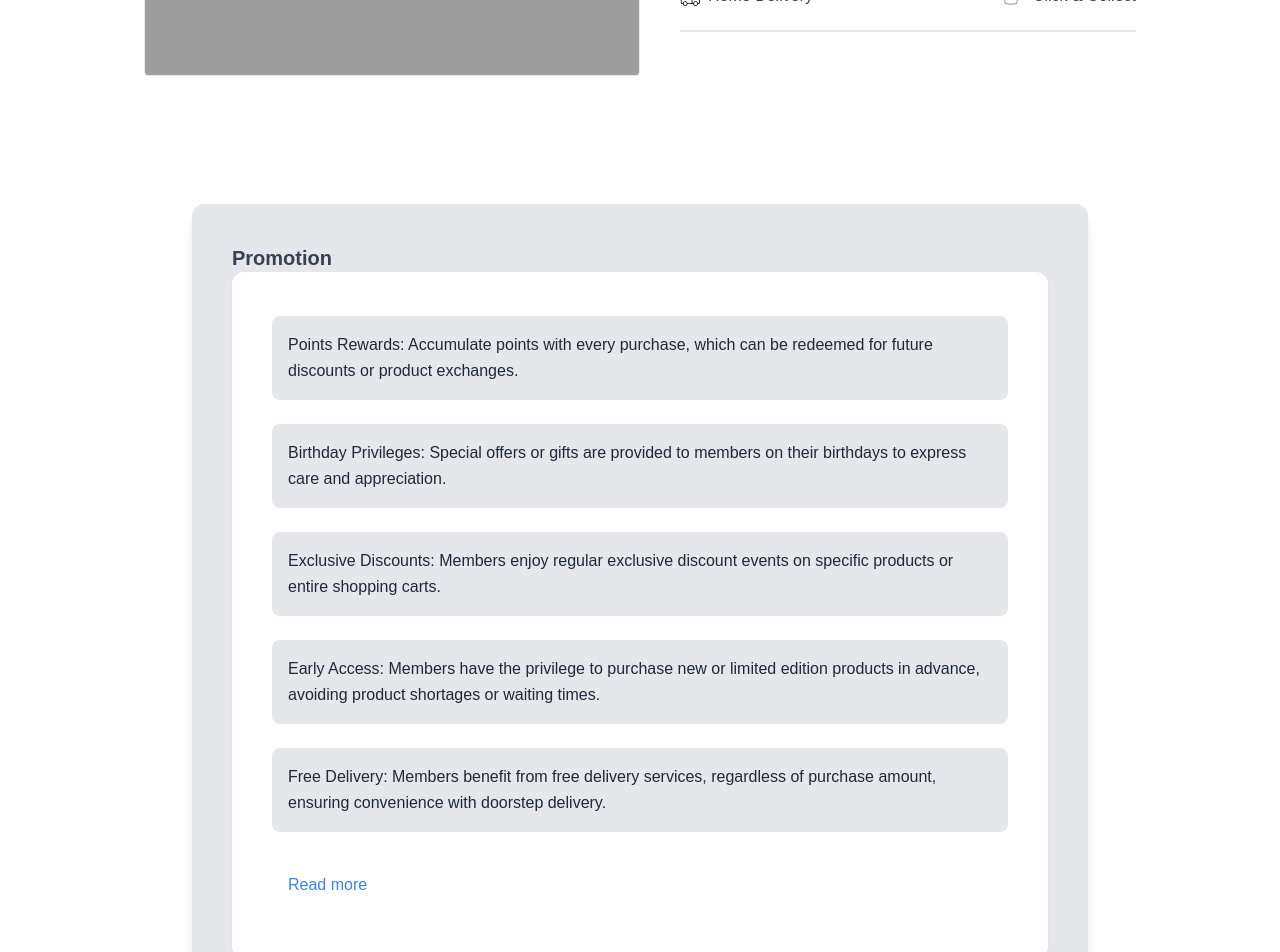
Repository: Harris132451/Final-Project-eShop
Page: /products/0.6MM THINLY WRAPPED PORK DUMPLING
An editor plug-in stored every save of this project. The page is shown before and after the next save, followed by the edit.
The browser window is 1280 px wide. The pictures show the part of the page from y = 818 to 1770 px (the page is 2151 px tall before and 2191 px after).
Pictures or frames that could not be fetched are drawn as grey boxes. The page's requests for data from a server got no answer. The project was rebuilt for these pictures with package versions that can differ from the ones it lists, and the page was loaded fresh each time. No one was signed in, and anything a server would have sent is missing. Also part of the build but not shown: src/Page/Component/controlNum.js, src/Page/Component/PCinCart.js, src/Page/Component/SC.js, src/Page/Component/Slider.js, src/Page/Component/Loading/Loader.css, src/Page/Home.js, src/Page/Component/TPinCart.js, src/Page/Checkout.js and 5 more.

Above is the page before, as saved 2024-04-14 23:43:39.

### src/Page/Footer.js
function Footer() {
  return (
    <>
      <div className="bg-blue-600 flex flex-wrap flex-col sm:flex-row justify-center content-center px-4 sm:px-6 lg:px-8 font-medium">
        <div className="my-1 mx-2 ">
          <h2 className="text-xl font-bold">Company</h2>
          <p>About us</p>
          <p>Return Policy</p>
          <p>Delivery Methods</p>
          <p>FAQ</p>
        </div>
        <div className="my-1 mx-2">
          <h2 className="text-xl font-bold">Contacts</h2>
          <p>📞 12345678</p>
          <p>✉️ test@test.com</p>
        </div>
        <div className="my-1 mx-2">
          <h2 className="text-xl font-bold">Location:</h2>
          <p>
            Unit 03, 7/F, Millennium Trade Centre, <br />
            56 Kwai Cheong Road, Kwai Chung, NT
          </p>
        </div>
        <iframe
          className="mx-4 my-1"
          title="googleMap"
          src="https://www.google.com/maps/embed?pb=!1m18!1m12!1m3!1d1844.869820108395!2d114.13131213825925!3d22.363457675390126!2m3!1f0!2f0!3f0!3m2!1i1024!2i768!4f13.1!3m3!1m2!1s0x3403f899dc5c5b03%3A0xee9460f1d7de935e!2z6JG15raM6JG15piM6LevNTbomZ_osr_mmJPkuYvpg70!5e0!3m2!1szh-TW!2shk!4v1712110406039!5m2!1szh-TW!2shk"
          width="200"
          height="200"
          loading="lazy"
          allowFullScreen=""
          referrerPolicy="no-referrer-when-downgrade"
        ></iframe>
      </div>
    </>
  );
}

export default Footer;

### src/Page/ProductPage.js
import React, { useState, useEffect } from "react";
import { Link, useParams } from 'react-router-dom';
import { item } from './Component/product';
import withLoader from "./Component/withLoader"
import Breadcrumb from "./Component/Breadcrumb"
import deliver from "./deliver-food-svgrepo-com.svg"
import gift from "./gift-svgrepo-com.svg"
import ProductPromotion from "./Component/productPromotion";

const ProductPage = (props) => {
  const [amount, setAmount] = useState(1);
  const { productPage } = useParams();
  const decodedProductPage = decodeURIComponent(productPage);
  const product = item.find((i) => i.name === decodedProductPage);

  if (!product) {
    return <div>Product not found</div>;
  }

  const breadcrumbItems = [
    { text: 'Home', href: '/' },
    { text: product.bigcategories, href: `/${product.bigcategories}` },
    { text: product.smallcategories, href: `/product/${product.smallcategories}` },
    { text: product.name }
  ];

  return (
    <section className="text-gray-700 overflow-hidden bg-white font-[sans-serif]">

      <div className="container px-5 py-24 mx-auto">
      <div className="text-4xl font-extrabold text-gray-800 mb-12">
        <Breadcrumb items={breadcrumbItems} />
      </div>
        <div className="lg:w-4/5 mx-auto flex flex-wrap">
          <img
            alt="ecommerce"
            className="lg:w-1/2 w-full object-cover object-center rounded border border-gray-200"
            src={product.picture}
          />
          <div className="lg:w-1/2 w-full lg:pl-10 lg:py-6 mt-6 lg:mt-0">
            <h2 className="text-sm title-font text-gray-500 tracking-widest">{product.bigcategories}</h2>
            <h1 className="text-gray-900 text-3xl title-font font-medium mb-1">{product.name}</h1>
            <div className="flex mb-4">
              <Link className="text-gray-600 ml-3">4 Reviews</Link>
            </div>
            <p className="leading-relaxed">Fam locavore kickstarter distillery. Mixtape chillwave tumeric sriracha taximy chia microdosing tilde DIY. XOXO fam indxgo juiceramps cornhole raw denim forage brooklyn. Everyday carry +1 seitan poutine tumeric. Gastropub blue bottle austin listicle pour-over, neutra jean shorts keytar banjo tattooed umami cardigan.</p>
            <div className="flex mt-6 items-center pb-5 border-b-2 border-gray-200 mb-5">
              <div className="flex">
                <span className="mr-3">Unit</span>
                <span className="mr-4">{product.unit}</span>
              </div>
            </div>
            <div className="flex mt-6 items-center pb-5 border-b-2 border-gray-200 mb-5">
              <span className="title-font font-medium text-2xl text-gray-900">${product.price}</span>
              <button className="flex ml-auto text-white bg-blue-500 border-0 py-2 px-6 focus:outline-none rounded hover:bg-white hover:text-blue-500 hover:border-blue-500 hover:scale-110 transition duration-300 ease-in-out"
               onClick={() => {
                let newData = { ...props.items };
                let acn = props.Account;
                console.log(newData);
                if (acn) {
                  let PNameArr = [];
                  newData[acn]["Cart"].forEach((c) => {
                    PNameArr.push(c.name);
                  });
                  console.log(PNameArr);
                  if (PNameArr.includes(product.name)) {
                    for (
                      let i = 0;
                      i < newData[acn]["Cart"].length;
                      i++
                    ) {
                      if (newData[acn]["Cart"][i].name === product.name) {
                        newData[acn]["Cart"][i].qty += 1;
                        props.updateCart(newData[acn]["Cart"][i]);
                      }
                    }
                  } else {
                    props.updateCart(product);
                  }
                }
                props.updateIsOpenCart(true);
              }} >Add to cart</button>
            </div>
            <div className="flex items-center justify-between mt-6 pb-5 border-b-2 border-gray-200 mb-5">
              <div className="flex items-center space-x-2">
                <img src={deliver} alt="deliver" className="w-5 h-5"/>
                <span>Home Delivery</span>
              </div>
              <div className="flex items-center space-x-2">
                <img src={gift} alt="gift" className="w-7 h-7"/>
                <span>Click & Collect</span>
              </div>
            </div>

          </div>
        </div>
      </div>

      <div className="flex flex-col items-center justify-center mt-8 space-y-8">
        <div className="container px-10 py-10 mx-auto bg-gray-200 shadow-lg max-w-4xl truncate inline-block rounded-xl">
          <h2 className="text-xl font-semibold ">Promotion</h2>
          <ProductPromotion />
        </div>
        <div className="text-lg font-semibold">Description</div>
        <div className="text-lg font-semibold">Reviews</div>
      </div>

    </section>
  );
};

export default withLoader(ProductPage);

### src/Page/Component/ScrollBtn.js
import React, { useState } from "react";
import { FaArrowCircleUp } from "react-icons/fa";

const ScrollButton = () => {
  const [visible, setVisible] = useState(false);

  const toggleVisible = () => {
    const scrolled = document.documentElement.scrollTop;
    if (scrolled > 300) {
      setVisible(true);
    } else if (scrolled <= 300) {
      setVisible(false);
    }
  };

  const scrollToTop = () => {
    window.scrollTo({
      top: 0,
      behavior: "smooth",
      /* you can also use 'auto' behaviour
		in place of 'smooth' */
    });
  };

  window.addEventListener("scroll", toggleVisible);

  return (
    <button className="fixed  right-8 bottom-4 h-20 text-5xl z-10 cursor-pointer text-blue-300">
      <FaArrowCircleUp
        onClick={scrollToTop}
        style={{ display: visible ? "inline" : "none" }}
      />
    </button>
  );
};

export default ScrollButton;

### src/firebase/firebase.js
// Import the functions you need from the SDKs you need
import { initializeApp } from "firebase/app";
/* import { getAnalytics } from "firebase/analytics"; */
import { getAuth } from "firebase/auth";
// TODO: Add SDKs for Firebase products that you want to use
// https://firebase.google.com/docs/web/setup#available-libraries

// Your web app's Firebase configuration
// For Firebase JS SDK v7.20.0 and later, measurementId is optional

import { getFirestore } from "firebase/firestore";

const firebaseConfig = {
  apiKey: "AIzaSyAlfQxAV01MKSUnffMtmq6bTksAcXSNuSA",
  authDomain: "generation-group-eshop.firebaseapp.com",
  projectId: "generation-group-eshop",
  storageBucket: "generation-group-eshop.appspot.com",
  messagingSenderId: "551318279692",
  appId: "1:551318279692:web:44d464660b5437ef994029",
  measurementId: "G-LWZBK7E1JY",
};

// Initialize Firebase
export const app = initializeApp(firebaseConfig);
/* const analytics = getAnalytics(app); */

// Initialize Firebase Authentication and get a reference to the service
export const auth = getAuth(app);

export const db = getFirestore(app);

### src/Page/Component/Weather.js
function Weather(props) {
  const temperature = props.temperature;
  const weather = props.weather;

  return (
    <>
      <div className="flex mr-6 sm:mr-3">
        <div class="mr-1 mt-0.5 text-xl text-white sm:text-lg sm:mt-0">
          {temperature}°C
        </div>
        <div className="h-8 w-8 sm:h-7 sm:w-7">
          {weather === "normal" && <img src="normal.png" alt="normal" />}
          {weather === "cold" && <img src="cold.png" alt="cold" />}
          {weather === "hot" && <img src="hot.png" alt="hot" />}
        </div>
      </div>
    </>
  );
}

export default Weather;

### src/Page/Component/input.js
import { useEffect, useState, useRef } from "react";
import { item } from "./product.js";

function NameButton(n) {
  console.log(n);
}

const Inputbox = function () {
  const [Word, setWord] = useState("");
  const [BtnWord, setBtnWord] = useState("");
  const [IsBtnVisible, setIsBtnVisible] = useState(false);
  const [IsSerachBtn, setIsSerachBtn] = useState(false);
  const [ResultName, setResultName] = useState([]);
  const [BtnResultName, setBtnResultName] = useState([]);
  const [windowWidth, setWindowWidth] = useState(window.innerWidth);
  function InputName(name) {
    setWord(name.target.value);
  }
  function InputBtnName(name) {
    setBtnWord(name.target.value);
  }
  useEffect(() => {
    const InputKey = Word.replace(" ", "").toLowerCase();
    const NameArr = [];
    item.map((p) => {
      if (
        p.name.replace(" ", "").toLowerCase().indexOf(InputKey) !== -1 &&
        InputKey !== ""
      ) {
        NameArr.push(p.name);
      }
    });
    setIsBtnVisible(true);
    setResultName(NameArr);
  }, [Word]);

  useEffect(() => {
    const InputKey = BtnWord.replace(" ", "").toLowerCase();
    const NameArr = [];
    item.map((p) => {
      if (
        p.name.replace(" ", "").toLowerCase().indexOf(InputKey) !== -1 &&
        InputKey !== ""
      ) {
        NameArr.push(p.name);
      }
    });
    setBtnResultName(NameArr);
  }, [BtnWord]);

  const inputRef = useRef(null);
  useEffect(() => {
    const handleClickOutside = (event) => {
      if (inputRef.current && !inputRef.current.contains(event.target)) {
        setBtnWord("");
        setBtnResultName([]);
        setWord("");
        setResultName([]);
        setIsBtnVisible(false);
        setIsSerachBtn(false);
      }
    };

    document.addEventListener("mousedown", handleClickOutside);

    return () => {
      document.removeEventListener("mousedown", handleClickOutside);
    };
  }, [inputRef]);

  useEffect(() => {
    const handleResize = () => {
      setWindowWidth(window.innerWidth);
    };
    window.addEventListener("resize", handleResize);
    if (window.innerWidth >= 1024) {
      setIsSerachBtn(false);
      setBtnWord("");
      setBtnResultName([]);
    } else {
      setWord("");
      setResultName([]);
    }
    return () => {
      window.removeEventListener("resize", handleResize);
    };
  }, [window.innerWidth]);

  return (
    <>
      <div class="flex lg:border-solid">
        <div>
          <div class="pt-5 h-auto w-6 m-2 hidden lg:block">
            <img src="/SerachBtn.png" />
          </div>
        </div>
        <div class="pt-7 block lg:hidden z-50">
          <button
            onClick={() => {
              setIsSerachBtn(!IsSerachBtn);
            }}
          >
            <div class="h-auto w-6 ml-2 ">
              <img src="/SerachBtn.png" />
            </div>
          </button>
          {IsSerachBtn && window.innerWidth < 1024 && (
            <div class="flex flex-col pt-2 ">
              <div class="bg-white rounded-md shadow-lg">
                <div class="flex flex-wrap">
                  <input
                    ref={inputRef}
                    onChange={(b) => InputBtnName(b)}
                    class="h-8 w-72 m-1 p-2 border rounded-md border-blue-900"
                  ></input>
                  {BtnResultName.length > 0 && (
                    <div class="overflow-scroll h-96">
                      {BtnResultName.map((n) => {
                        return (
                          <button
                            key={n}
                            onClick={() => NameButton(n)}
                            class="w-72 m-1 p-2 rounded-md text-blue-900 hover:bg-blue-200"
                          >
                            <div class="text-left">{n}</div>
                          </button>
                        );
                      })}
                    </div>
                  )}
                </div>
              </div>
            </div>
          )}
        </div>
        {window.innerWidth >= 1024 && (
          <div class="flex flex-col pt-6 ">
            <input
              ref={inputRef}
              onChange={(b) => InputName(b)}
              class="w-72 border-2 border-blue-700  rounded-full bg-blue-800 text-white px-5 opacity-80 text-lg"
            ></input>
            {ResultName.length > 0 && IsBtnVisible && (
              <div class="bg-white z-50 rounded-md shadow-lg pt-2 ">
                <div class="flex flex-wrap">
                  <div class="overflow-scroll h-96">
                    {ResultName.map((n) => {
                      return (
                        <button
                          key={n}
                          onClick={() => NameButton(n)}
                          class="w-96 m-1 p-2 rounded-md text-blue-900 hover:bg-blue-200"
                        >
                          <div class="text-left">{n}</div>
                        </button>
                      );
                    })}
                  </div>
                </div>
              </div>
            )}
          </div>
        )}
      </div>
    </>
  );
};

export default Inputbox;

### src/Page/Component/categoriesData.js
export const categories =
[
    {
     "id": 1,
     "Name": "Drink",
     "Parent": 1
    },
    {
     "id": 2,
     "Name": "Snack",
     "Parent": 2
    },
    {
     "id": 3,
     "Name": "Chilled",
     "Parent": 3
    },
    {
     "id": 4,
     "Name": "liquor",
     "Parent": 1
    },
    {
     "id": 5,
     "Name": "water",
     "Parent": 1
    },
    {
     "id": 6,
     "Name": "Ready-to-drink tea, coffee, milk tea",
     "Parent": 1
    },
    {
     "id": 7,
     "Name": "Milk and cheese drinks",
     "Parent": 1
    },
    {
     "id": 8,
     "Name": "Japanese & Korea Snack",
     "Parent": 2
    },
    {
     "id": 9,
     "Name": "Chocolate",
     "Parent": 2
    },
    {
     "id": 10,
     "Name": "Meat Snack",
     "Parent": 2
    },
    {
     "id": 11,
     "Name": "Chinese Bakery & Egg Roll",
     "Parent": 2
    },
    {
     "id": 12,
     "Name": "Seafood",
     "Parent": 3
    },
    {
     "id": 13,
     "Name": "Meat",
     "Parent": 3
    },
    {
     "id": 14,
     "Name": "Vegetarian",
     "Parent": 3
    },
    {
     "id": 15,
     "Name": "Dumpling",
     "Parent": 3
    }
   ]

### src/Page/Component/withLoader.js
import React, { useState, useEffect } from 'react';
import Loader from './Loading/Loader';

const withLoader = (WrappedComponent) => {
  return (props) => {
    const [isLoading, setIsLoading] = useState(true);

    useEffect(() => {
      const timer = setTimeout(() => {
        setIsLoading(false);
      }, 1000);

      return () => {
        clearTimeout(timer);
      };
    }, []);

    return (
      <div>
        {isLoading ? <Loader /> : <WrappedComponent {...props} />}
      </div>
    );
  };
};

export default withLoader;

### src/Page/Component/Breadcrumb.js
import React from 'react';

const Breadcrumb = ({ items }) => {
  return (
    <nav className="flex" aria-label="Breadcrumb">
      <ol className="inline-flex items-center space-x-1 md:space-x-2 rtl:space-x-reverse">
        <li>
          <div className="flex items-center">
            {items.map((item, index) => (
              <React.Fragment key={index}>
                {index !== 0 && (
                  <svg className="rtl:rotate-180 w-3 h-3 text-gray-400 mx-1" aria-hidden="true" xmlns="http://www.w3.org/2000/svg" fill="none" viewBox="0 0 6 10">
                    <path stroke="currentColor" strokeLinecap="round" strokeLinejoin="round" strokeWidth="2" d="m1 9 4-4-4-4"/>
                  </svg>
                )}
                {index === 0 ? (
                  <a href={item.href} className="inline-flex items-center text-sm font-medium text-gray-700 hover:text-blue-600 dark:text-gray-400 dark:hover:text-white">
                    <svg className="w-3 h-3 me-2.5" aria-hidden="true" xmlns="http://www.w3.org/2000/svg" fill="currentColor" viewBox="0 0 20 20">
                      <path d="m19.707 9.293-2-2-7-7a1 1 0 0 0-1.414 0l-7 7-2 2a1 1 0 0 0 1.414 1.414L2 10.414V18a2 2 0 0 0 2 2h3a1 1 0 0 0 1-1v-4a1 1 0 0 1 1-1h2a1 1 0 0 1 1 1v4a1 1 0 0 0 1 1h3a2 2 0 0 0 2-2v-7.586l.293.293a1 1 0 0 0 1.414-1.414Z"/>
                    </svg>
                    {item.text}
                  </a>
                ) : (
                  index === items.length - 1 ? (
                    <span className="text-sm font-medium text-gray-700 dark:text-gray-400">{item.text}</span>
                  ) : (
                    <a href={item.href} className="inline-flex items-center text-sm font-medium text-gray-700 hover:text-blue-600 dark:text-gray-400 dark:hover:text-white">
                      {item.text}
                    </a>
                  )
                )}
              </React.Fragment>
            ))}
          </div>
        </li>
      </ol>
    </nav>
  );
};

export default Breadcrumb;

### src/Page/Component/productPromotion.js
import React, { useState } from 'react';

function ProductPromotion() {
  const [expanded, setExpanded] = useState(false);
  const [styleEnabled, setStyleEnabled] = useState(false);

  const toggleExpandedWithPreventDefault = (event) => {
    event.preventDefault();
    setExpanded(!expanded);
  };

  const promoContent = [
    "Points Rewards: Accumulate points with every purchase, which can be redeemed for future discounts or product exchanges.",
    "Birthday Privileges: Special offers or gifts are provided to members on their birthdays to express care and appreciation.",
    "Exclusive Discounts: Members enjoy regular exclusive discount events on specific products or entire shopping carts.",
    "Early Access: Members have the privilege to purchase new or limited edition products in advance, avoiding product shortages or waiting times.",
    "Free Delivery: Members benefit from free delivery services, regardless of purchase amount, ensuring convenience with doorstep delivery.",
    "VIP Customer Service: Providing faster and superior customer service to members, including dedicated hotlines or online support.",
    "Rebate Programs: Earn a certain percentage of rebates on purchases, which can be used for future shopping or cashed out.",
    "Double Points Day: Regularly hold double or multiple points days, where members receive double or more points for purchases during this period.",
    "Eligibility for Member Activities: Participation in specific promotions, gifts, or draw events is limited to members.",
    "Exclusive Events and Packages: Periodically host member-exclusive events and provide exclusive gift packages or gifts."
  ];

  return (
    <div className="container px-10 py-5 mx-auto bg-white shadow-sm rounded-xl max-w-4xl truncate inline-block">
      {promoContent.slice(0, expanded ? promoContent.length : 5).map((content, index) => (
        <div key={index} className="product-promotion-item my-6 leading-relaxed text-gray-800 truncate transition duration-500 hover:bg-gray-100 hover:text-blue-500 hover:shadow-lg rounded-lg p-4 whitespace-normal bg-gray-200">{content}</div>
      ))}
      {!expanded &&
        <div className={`my-6 leading-relaxed text-gray-800 truncate transition duration-500 ${styleEnabled ? 'hover:bg-gray-100 hover:text-blue-500 hover:shadow-lg' : ''} rounded-lg p-4 whitespace-normal`}>
          <a href="#" className="text-blue-500 hover:underline" onClick={toggleExpandedWithPreventDefault}>Read more</a>
        </div>
      }
    </div>
  );
}

export default ProductPromotion;

### src/Page/Component/Loading/Loader.js
import React from 'react';
import './Loader.css';

const Loader = () => {
    return (
      <div className="h-64 flex items-center justify-center mx-auto">
        <div className="loader">
          <div className="loader-wheel"></div>
        </div>
      </div>
    );
  };

  export default Loader;

Loaded but not shown: public/index.html (common file); src/index.js (common file); src/index.css (common file); src/reportWebVitals.js (common file); tailwind.config.js (common file); src/Page/Component/product.js (327 lines, source omitted); src/Page/Header.js (235 lines, source omitted); src/App.js (207 lines, source omitted)

After the next save:
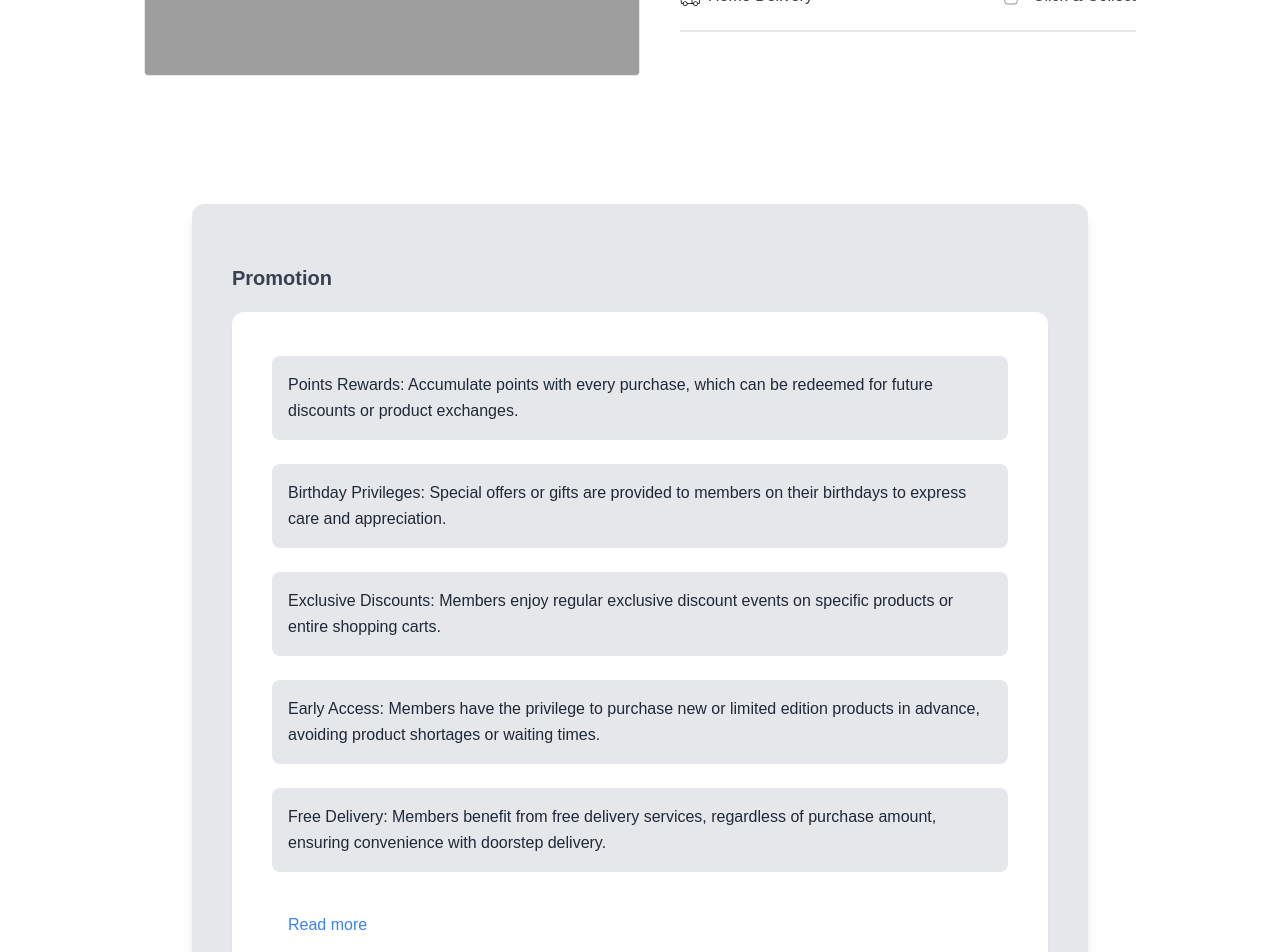
Saved 14 s later.
--- a/src/Page/ProductPage.js
+++ b/src/Page/ProductPage.js
@@ -98,7 +98,7 @@ const ProductPage = (props) => {
 
       <div className="flex flex-col items-center justify-center mt-8 space-y-8">
         <div className="container px-10 py-10 mx-auto bg-gray-200 shadow-lg max-w-4xl truncate inline-block rounded-xl">
-          <h2 className="text-xl font-semibold ">Promotion</h2>
+          <h2 className="text-xl font-semibold py-5">Promotion</h2>
           <ProductPromotion />
         </div>
         <div className="text-lg font-semibold">Description</div>
